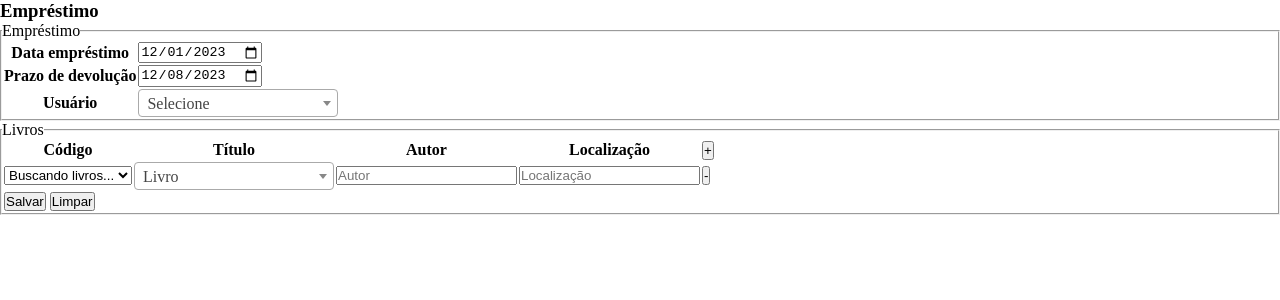
Repository: Matheus-Ghizoni/Rainbow-Library
Page: arcoiris/src/main/webapp/pages/admin/loan.html
An editor plug-in stored every save of this project. The page is shown before and after the next save, followed by the edit.
The browser window is 1280 px wide. The pictures show the whole page.
The page's requests for data from a server got no answer. Some web libraries are served in a nearby version.

Above is the page before, as saved 2023-12-07 18:58:25.
Console error: ReferenceError: jQuery is not defined

### arcoiris/src/main/webapp/pages/admin/loan.html
<html lang="en">

<head>
	<meta charset="UTF-8">
	<meta name="viewport" content="width=device-width, initial-scale=1.0">
	<link rel="stylesheet" href="../../css/admin.css">
	<link rel="stylesheet" type="text/css" href="../../css/jquery-ui.css">
	<link href="https://cdn.jsdelivr.net/npm/select2@4.1.0-beta.1/dist/css/select2.min.css" rel="stylesheet" />
	<script src="../../js/loan.js"></script>
	<script src="../../js/jquery-ui.js"></script>
	<script src="https://code.jquery.com/jquery-3.6.4.min.js"
		integrity="sha256-oP6HI9z1XaZNBrJURtCoUT5SUnxFr8s3BzRl+cbzUq8=" crossorigin="anonymous"></script>
	<script src="https://cdn.jsdelivr.net/npm/select2@4.1.0-beta.1/dist/js/select2.min.js"></script>
	<title>Loan</title>
</head>

<body>
	<!-- Menu -->
	<!--	<div class="menu">
		<div class="d-flex justify-content-center">
			<img class="menu-img" src="../../imgs/menu.png">
		</div>
	</div>
	<div class="modal-menu">
		<a href="library.html">Biblioteca</a> <br>
		<a href="book.html">Livros</a> <br>
		<a href="category.html">Categorias</a> <br>
		<a href="user.html">Usuários</a> <br>
		<a href="loan.html">Emprestimos</a> <br>
		<a href="comment.html">Comentários</a><br>
		<a href="../../index.html">Sair</a>
	</div>-->

	<!--	Modal Emprestimo  -->
	<!--	<h3>Cadastro de Empréstimos</h3>
	<form class="frmloan">
		<select name="type" class="selectBooks" id="selectBooks" onload="getAllBooks()" style="width: 200px;">
			<option value="">Livro</option>
		</select><br>
		<select name="type" class="selectUsers" id="selectUsers" onload="getAllUsers()" style="width: 200px;">
			<option value="">Usuário</option>
		</select><br>
		<input type="date" placeholder="Data de empréstimo" id="inputStartDateLoan"><br>
		<input type="date" placeholder="Prazo de Devolução" id="inputDeadlineDateLoan"><br>
		<button type="reset">Limpar</button>
		<button onclick="insertLoan()">Salvar</button>
	</form>
	<div id="listLoans"></div>-->

	<!-- Formulário Mestre-Detalhe -->

	<h3>Empréstimo</h3>
	<form name="frmAddLoan" id="addLoan" class="frmAddLoan">
		<fieldset>
			<legend>Empréstimo</legend>
			<table>
				<tr>
					<th>Data empréstimo</th>
					<td>
						<input type="date" placeholder="Data de empréstimo" id="inputStartDateLoan">
					</td>
				</tr>
				<tr>
					<th>Prazo de devolução</th>
					<td>
						<input type="date" placeholder="Prazo de Devolução" id="inputDeadlineDateLoan">
					</td>
				</tr>
				<tr>
					<th>Usuário</th>
					<td>
						<select name="type" class="selectUsers" id="selectUsers" onload="getAllUsers()"
							style="width: 200px;">
							<option value="">Selecione</option>
						</select><br>
					</td>
				</tr>
			</table>
		</fieldset>
		<fieldset>
			<legend>Livros</legend>
			<table>
				<tr>
					<th>Código</th>
					<th>Título</th>
					<th>Autor</th>
					<th>Localização</th>
					<th><button type="button" name="addBook" class="addBook">+</button></th>
				</tr>
				<tr class="details">
					<td>
						<select name="selectCodeBook[]">
							<option value="" class="optionCodeBook">Buscando livros...</option>
						</select>
					</td>
					<td>
						<select name="type" class="selectBooks" id="selectBooks"
							style="width: 200px;">
							<option value="">Livro</option>
						</select>
					</td>
					<td>
						<input type="text" placeholder="Autor" name="inputAuthorBook[]" id="inputAuthorBook">
					</td>
					<td>
						<input type="text" placeholder="Localização" name="inputLocationBook[]" id="inputLocationBook">
					</td>
					<td>
						<button type="button" name="deleteBook">-</button>
					</td>
				</tr>
				<tr>
					<td colspan="6">
						<button type="button">Salvar</button>
						<button type="reset">Limpar</button>
					</td>
				</tr>
			</table>
		</fieldset>
	</form>






</body>
<script>
	$(document).ready(function () {
		$('.selectUsers').select2();
		$('.selectBooks').select2();
	});
</script>

</html>

### arcoiris/src/main/webapp/css/admin.css
/* Reset */
* {
	padding: 0;
	margin: 0;
	box-sizing: border-box;
}

/* Menu */
.menu {
	position: absolute;
	top: 30px;
	right: 130px;
}

.menu-img {
	width: 70px;
	height: 70px;
}

/* Menu Modal*/
.modal-menu {
	background: #EDD9FF;
	display: block;
	position: fixed;
	align-items: center;
	text-align: center;
	right: 58px;
}

.modal-menu a {
	color: #C49AE9;
	font-weight: bold;
	margin: 60px;
}

.edit {
	width: 16px;
	height: 16px;
}

### arcoiris/src/main/webapp/js/loan.js
document.addEventListener("DOMContentLoaded", function() {
	getStartDate();
	getDeadlineDate();
	getAllUsers();
	getAllBooks();
});

/*------------------------ Denifinindo Datas ------------------------*/
function getStartDate() {
	let today = new Date();
	let date = today.getFullYear() + '-' +
		(today.getMonth() + 1).toString().padStart(2, '0') + '-' +
		today.getDate().toString().padStart(2, '0');
	document.getElementById('inputStartDateLoan').value = date;
}

function getDeadlineDate() {
	let today = new Date();
	let date = today.getFullYear() + '-' +
		(today.getMonth() + 1).toString().padStart(2, '0') + '-' +
		(today.getDate() + 7).toString().padStart(2, '0');
	document.getElementById('inputDeadlineDateLoan').value = date;
}

/*------------------------ Select Usuários ------------------------*/
function getAllUsers() {
	$.ajax({
		type: "GET",
		url: "/arcoiris/rest/user/getAllUsers",
		success: function(data) {
			dados = JSON.parse(data);
			displayUsers(dados);
		},
		error: function(info) {
			alert("Erro ao buscar usuários: " + info.status + " - " + info.statusText);
		}
	})
}

function displayUsers(listUsers) {
	select = "#selectUsers";
	if (listUsers != "") {
		$(select).html("");
		var option = document.createElement("option");
		option.setAttribute("value", "");
		option.innerHTML = ("Selecione o usuário");
		$(select).append(option);

		for (var i = 0; i < listUsers.length; i++) {
			if (listUsers[i].status == 1) {
				var option = document.createElement("option");
				option.setAttribute("value", listUsers[i].CPF);
				option.innerHTML = (listUsers[i].name);
				$(select).append(option);
			}
		}

	} else {
		$(select).html("");

		var option = document.createElement("option");
		option.setAttribute("value", "");
		option.innerHTML = ("Cadastre um usuário primeiro!");
		$(select).append(option);
		$(select).addClass("aviso");
	}
}

/*------------------------ Select Livros ------------------------*/
function getAllBooks() {
	const title = "";
	$.ajax({
		type: "GET",
		url: "/arcoiris/rest/book/getAllBooks",
		data: "title=" + title,
		success: function(dados) {
			dados = JSON.parse(dados);
			displayTitle(dados);
			displayCode(dados);
		},
		error: function(info) {
			alert("Erro ao buscar livros: " + info.status + " - " + info.statusText);
		}
	})
}

function displayTitle(listBooks) {
	select = "#selectBooks";
	if (listBooks != "") {
		$(select).html("");
		var option = document.createElement("option");
		option.setAttribute("value", "");
		option.innerHTML = ("Selecione o livro");
		$(select).append(option);

		for (var i = 0; i < listBooks.length; i++) {
			if (listBooks[i].status == 1) {
				var option = document.createElement("option");
				option.setAttribute("value", listBooks[i].code);
				option.innerHTML = (listBooks[i].title);
				$(select).append(option);
			}
		}

	} else {
		$(select).html("");

		var option = document.createElement("option");
		option.setAttribute("value", "");
		option.innerHTML = ("Cadastre um livro primeiro!");
		$(select).append(option);
		$(select).addClass("aviso");
	}
}

function displayCode(listBooks) {
	select = "#selectCode";
	if (listBooks != "") {
		$(select).html("");
		var option = document.createElement("option");
		option.setAttribute("value", "");
		option.innerHTML = ("Selecione o livro");
		$(select).append(option);

		for (var i = 0; i < listBooks.length; i++) {
			if (listBooks[i].status == 1) {
				var option = document.createElement("option");
				option.setAttribute("value", listBooks[i].code);
				option.innerHTML = (listBooks[i].code);
				$(select).append(option);
			}
		}

	} else {
		$(select).html("");

		var option = document.createElement("option");
		option.setAttribute("value", "");
		option.innerHTML = ("Cadastre um livro primeiro!");
		$(select).append(option);
		$(select).addClass("aviso");
	}
}

Loaded but not shown: arcoiris/src/main/webapp/css/jquery-ui.css (library); arcoiris/src/main/webapp/js/jquery-ui.js (library)

After the next save:
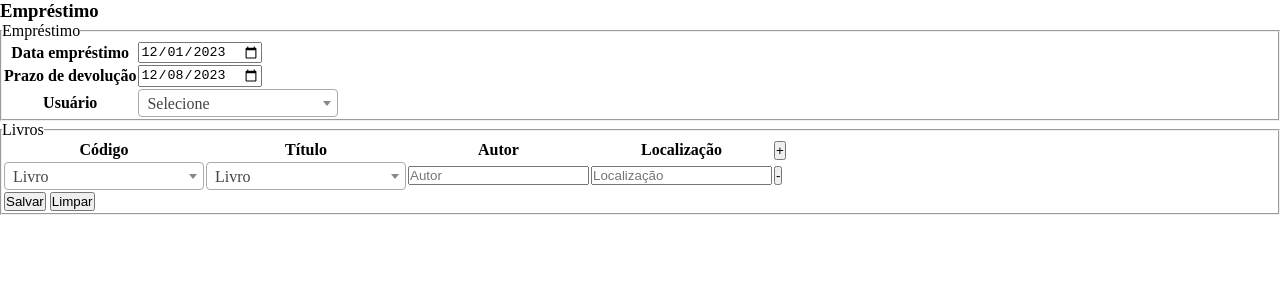
Saved 28 s later.
--- a/arcoiris/src/main/webapp/pages/admin/loan.html
+++ b/arcoiris/src/main/webapp/pages/admin/loan.html
@@ -89,8 +89,9 @@
 				</tr>
 				<tr class="details">
 					<td>
-						<select name="selectCodeBook[]">
-							<option value="" class="optionCodeBook">Buscando livros...</option>
+						<select name="type" class="selectBooks" id="selectCode"
+							style="width: 200px;">
+							<option value="">Livro</option>
 						</select>
 					</td>
 					<td>
